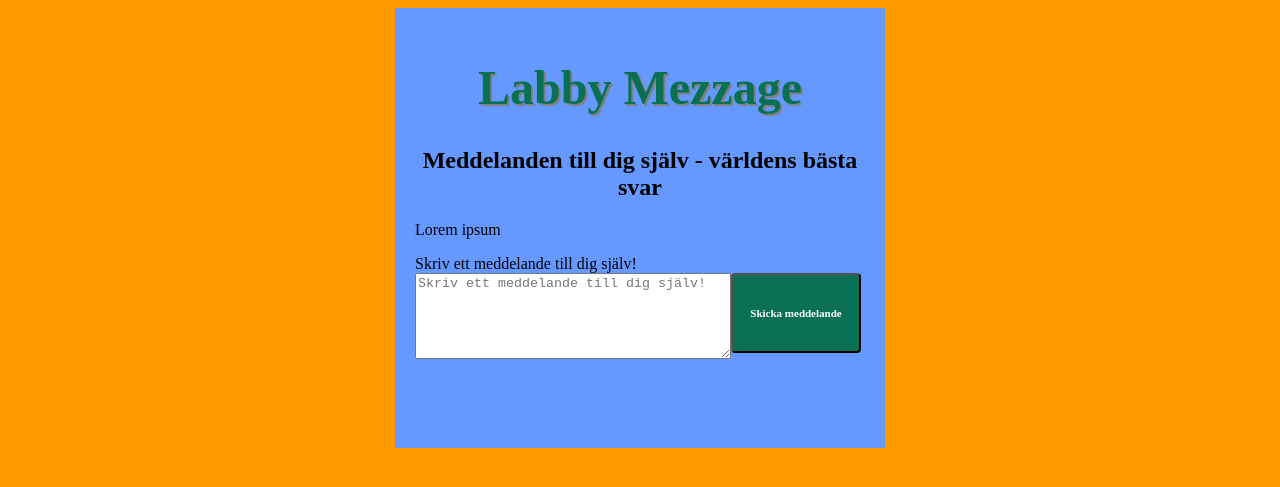
Repository: mi222ep/1dv403-laborationer
Page: 2-labbymezzage/index.html
The author's editor kept a record of every edit. The page is drawn from the files as they stood at one moment, then again after the next edit.
The browser window is 1280 px wide. The pictures show the whole page.

Above is the page before.

### 2-labbymezzage/index.html
<!DOCTYPE html>
<html lang="sv">
<head>
	<meta charset="UTF-8" />
 	<title>Labby Mezzage</title>
 	<link rel="stylesheet" href="css/style.css" type="text/css" />
    <script type="text/javascript" src="message.js"></script>
    <script type="text/javascript" src="messageboard.js"></script>
</head>
<body>
    <div id="messageApp">
    <h1>Labby Mezzage</h1>
    <h2>Meddelanden till dig själv - världens bästa svar</h2>
    <p>Lorem ipsum</p>

    <div id="messagearea">Skriv ett meddelande till dig själv!</div>

 			<textarea type="text" id="meddelande" placeholder="Skriv ett meddelande till dig själv!"></textarea>
 			<input id="send" type="submit" value="Skicka meddelande" />
            <p id="messageNumber"></p>
            </div>
</body>
</html>

### 2-labbymezzage/css/style.css
body{
    background-color: #FF9900;
    font-family: comic sans MS;
    }

h1{
     color: #097054;
     font-size: 3em;
     text-shadow: 2px 2px gray;
}
h1, h2, h3{

    text-align: center;
}
textarea{
    width: 310px;
    height: 80px;
    float: left;
}
.smallLogo{
    height: 20px;
    float: right;
}
.message{
    float: left;
    border-bottom: 2px solid black;
    padding: 20px;
    background-color: #FFDE00;
    margin: 3px;
    box-shadow: 10px 5px 5px gray;
}
#messageApp{
    min-height: 400px;
    display: block;
    width:  450px;
    margin: 0 auto;
    padding: 20px;
    background-color: #6599FF;

    }
input{
    width: 130px;
    height: 80px;
    background-color: #097054;
    color: white;
    font: bold 11px comic sans MS;
    padding: 4px;
    cursor: pointer;
    border-radius: 4px;

}
#messagearea{
    display: block;
    overflow: hidden;
}
em{
    font-size: 0.8em;
    text-align: right;
}

### 2-labbymezzage/message.js
function Message(message, date) {

    this.getText = function() {
        return message;
    };
    this.setText = function(_text) {
        message = _text;
    };
    this.getDate = function() {
        return date;
    };
    this.setDate = function(_date) {
        date = _date;
    };
}

    Message.prototype.toString = function(){
        return this.getText()+"("+this.getDate()+")";
    };
Message.prototype.getHTMLText = function(){
    return this.getText().replace(/[\n\r]/g, "<br/>");
};

Message.prototype.getDateText = function(){
    return this.getDate().toLocaleTimeString();
};

### 2-labbymezzage/messageboard.js
var messageApp ={

    messages: [],

init: function(){

    //If submit button is clicked
    var submit = document.getElementById("send");
    submit.onclick = messageApp.CreateMessage;

},
CreateMessage: function(e){
    var text = document.getElementById("meddelande").value;
    var mess = new Message(text, new Date());
    messageApp.messages.push(mess);
    messageApp.RenderMessages();

},
RenderMessages: function(){
    //Remove all messages
    document.getElementById("messagearea").innerHTML = "";

            //Render all messages
    for(var i=0; i < messageApp.messages.length; ++i){
        messageApp.RenderMessage(i);
    }
},
RenderMessage: function(messageID){
    //Writes message counter
    var messageCount = document.querySelector("#messageNumber");
    messageCount.innerHTML = "Antal meddelanden:" +(messageApp.messages.length);

    //Writes new message
    var message = messageApp.messages[messageID].getHTMLText();
    var time = messageApp.messages[messageID].getDateText();
    var div = document.createElement("div");
    var em = document.createElement("em");
    var p = document.createElement("p");
    var removeLink = document.createElement("a");
    var showTimeLink = document.createElement("a");
    var remove = document.createElement("img");
    var showTime = document.createElement("img");

    //Sets attribute for delete image
    remove.setAttribute("src", "pics/delete.png");
    remove.setAttribute("height", "30");
    remove.setAttribute("width", "30");
    remove.setAttribute("class", "smallLogo");
    remove.setAttribute("alt", "Papperskorg - tryck här för att radera meddelandet");

    //Sets attribute for time image
    showTime.setAttribute("src", "pics/time.png");
    showTime.setAttribute("height", "30");
    showTime.setAttribute("width", "30");
    showTime.setAttribute("class", "smallLogo");
    showTime.setAttribute("alt", "Klocka - tryck här för att se tid och datum då meddelandet skapades");

    //Sets attribute for links surrounding the images
    removeLink.setAttribute("href", "#");
    showTimeLink.setAttribute("href", "#");
    removeLink.onclick = function() {
        messageApp.RemoveMessage(messageID);
    }
    showTime.onclick = function() {
        messageApp.ShowTime(messageID);
    }

    //Organize message elements within each other
    removeLink.appendChild(remove);
    showTimeLink.appendChild(showTime);
    div.appendChild(removeLink);
    div.appendChild(showTimeLink);
    div.appendChild(em);
    div.appendChild(p);

    //Posts current message and time in the element
    p.innerHTML = message;
    em.innerHTML = time;

    //Find the #messagearea and put the new div there
    var di = document.querySelector("#messagearea");
    di.appendChild(div);
},
ShowTime: function(messageID){
    var timeObject = messageApp.messages[messageID].getDate();
    var day = timeObject.toLocaleDateString();
    var time = timeObject.toLocaleTimeString();
    alert("inlägget skapades "+ day+ " klockan " + time);

},
//Array.splice(messageID, 1);
RemoveMessage: function(messageID){
    messageApp.messages.splice(messageID, 1);
    messageApp.RenderMessages();
    },

};




window.onload = messageApp.init;

After the next edit:
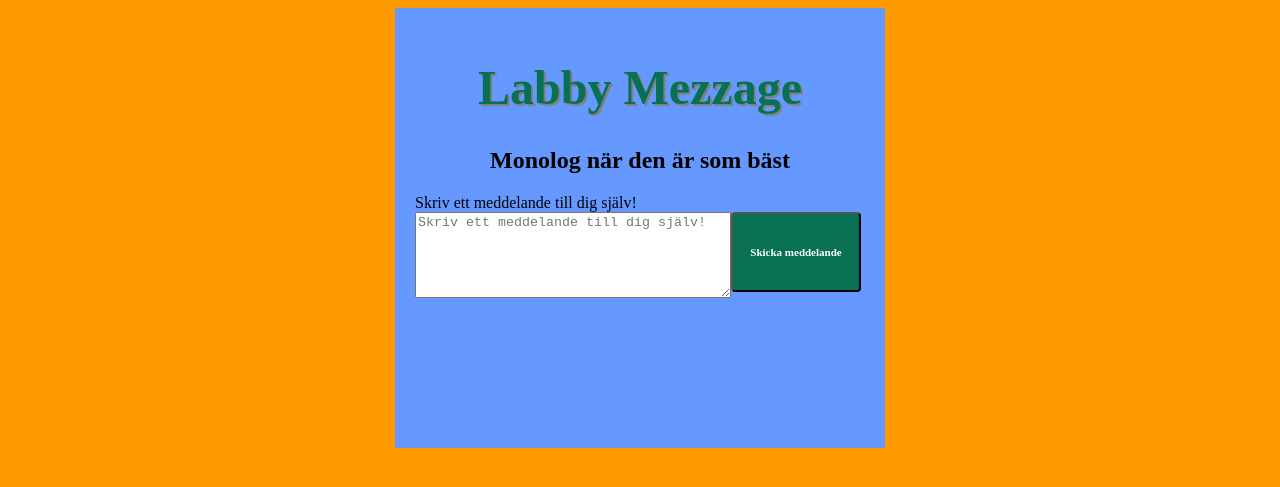
The edit:
--- a/2-labbymezzage/index.html
+++ b/2-labbymezzage/index.html
@@ -10,8 +10,7 @@
 <body>
     <div id="messageApp">
     <h1>Labby Mezzage</h1>
-    <h2>Meddelanden till dig själv - världens bästa svar</h2>
-    <p>Lorem ipsum</p>
+    <h2>Monolog när den är som bäst</h2>
 
     <div id="messagearea">Skriv ett meddelande till dig själv!</div>
 
